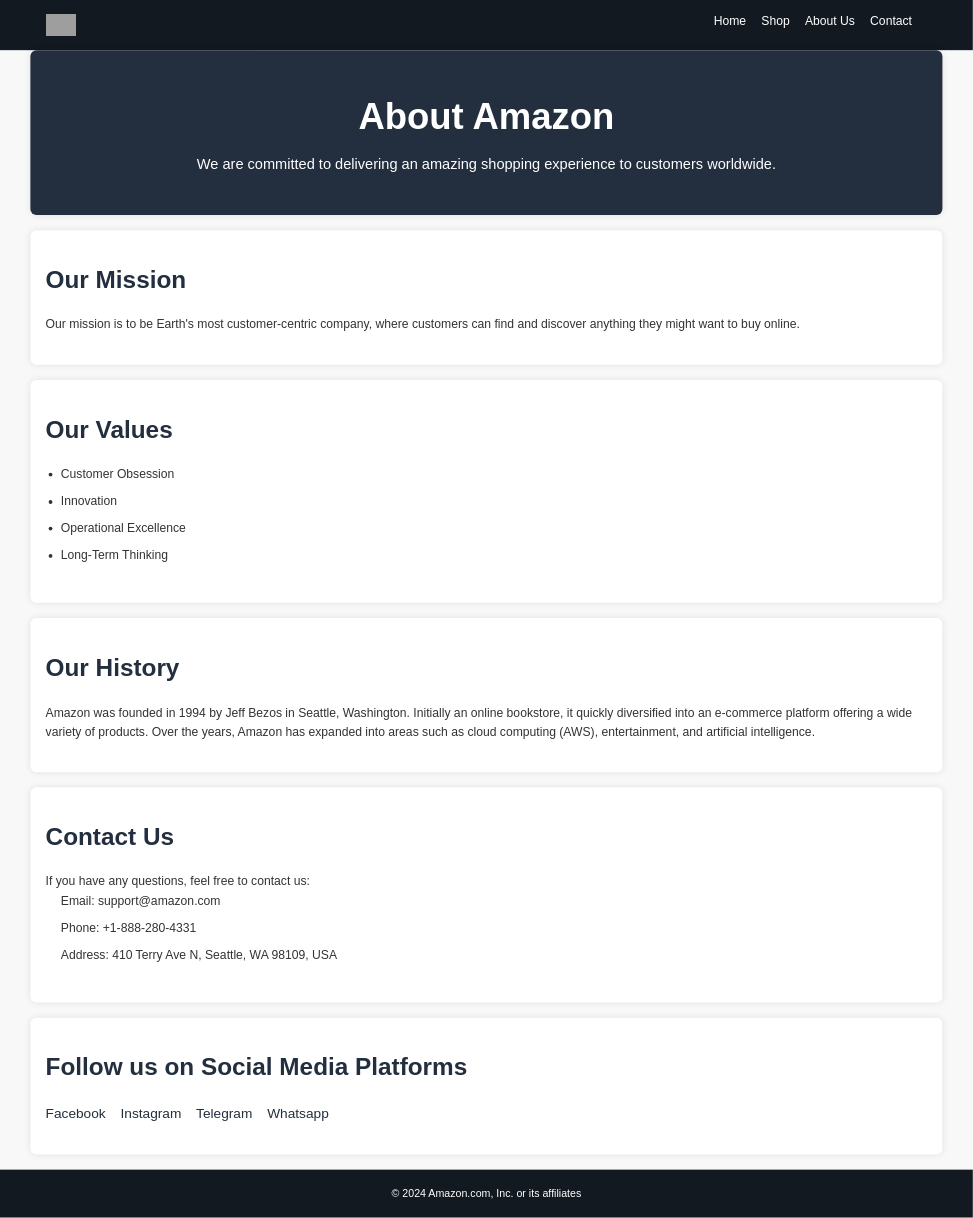
Repository: Lathadasari3010/SoftwareExamples
Page: SpringBoot/src/main/resources/static/About-us.html
These files come from the project's save history. The page is drawn as it stood at one moment and after the next save; the edit follows.
The browser window is 1280 px wide. The pictures show the whole page, at 76% of full size.
Pictures or frames that could not be fetched are drawn as grey boxes.

Above is the page before, as saved 2024-12-19 10:48:07.

After the next save:
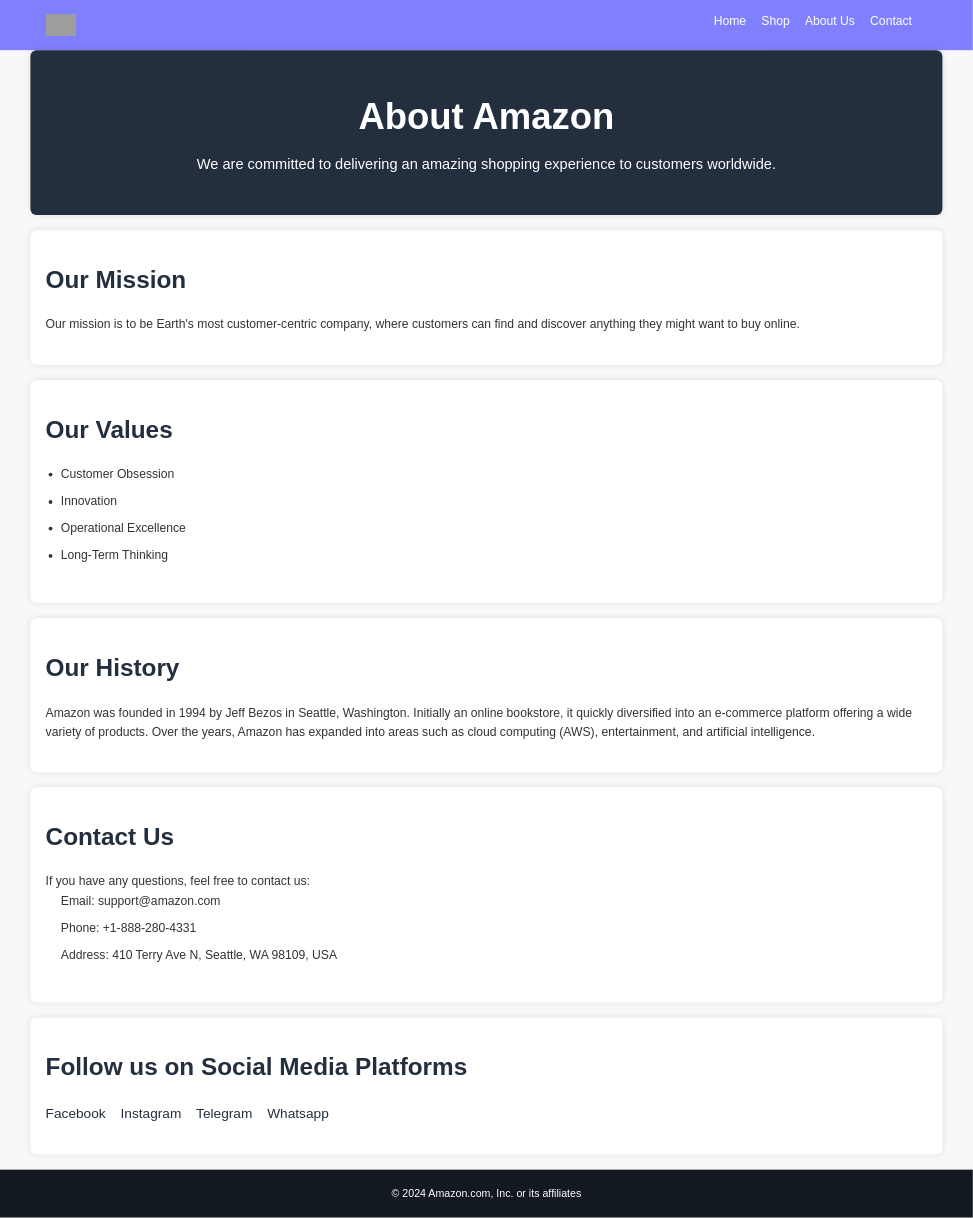
Saved 2 min 39 s later.
--- a/SpringBoot/src/main/resources/static/About-us.html
+++ b/SpringBoot/src/main/resources/static/About-us.html
@@ -18,7 +18,7 @@
 
 			/* Header Styles */
 			header {
-			    background-color: #131921;
+			    background-color: rgb(128, 128, 255);
 			    padding: 15px 0;
 			}
 
